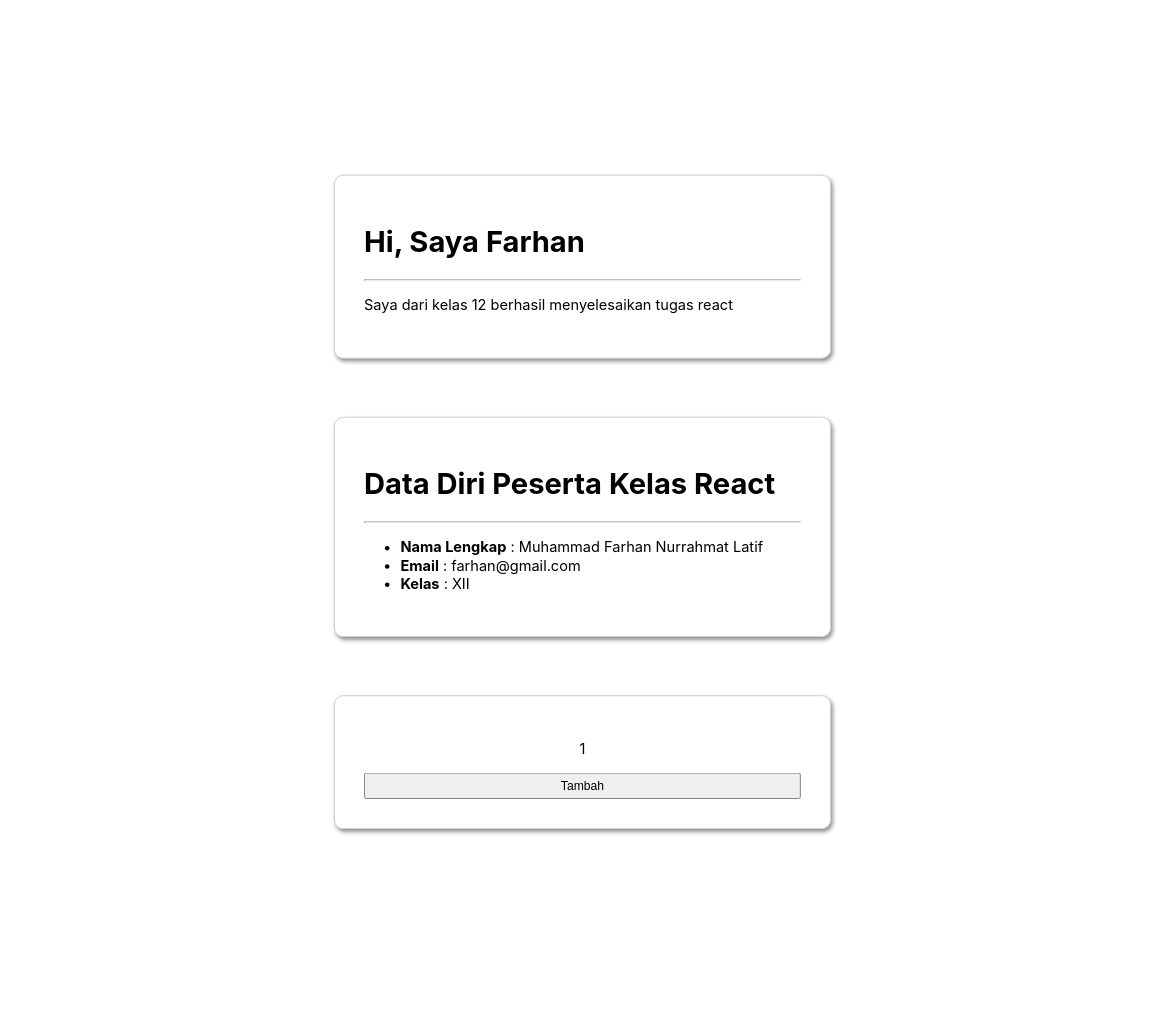
Repository: mfarhannr/Tugas-Reactjs_Farhan
Page: /
These files come from the project's save history. The page is drawn as it stood at one moment and after a run of saves; the edit follows.
The browser window is 1280 px wide. The pictures show the whole page, at 91% of full size.
The project was rebuilt for these pictures with package versions that can differ from the ones it lists, and the page was loaded fresh each time.

Above is the page before, as saved 2024-05-06 15:11:19.

### src/App.js
import './App.css';
import Tugas6 from "./tugas6/tugas6";
// import Welcome from "./WelcomeComponent";
import Tugas7 from './tugas7/tugas7';
import Tugas8 from "./tugas8/tugas8";

function App() {
  return (
    <div className="App">
        <Tugas6 />
        <Tugas7
          name="Muhammad Farhan Nurrahmat Latif"
          email="farhan@gmail.com"
          kelas="XII"
      />
      <Tugas8 />
    </div>
  );
}

export default App;

### src/App.css
.App {
  padding: 10rem;
}

.Card6 {
  border: 1px solid #ccc;
  border-radius: 10px;
  padding: 2em;
  margin: 2em auto;
  width: 50%;
  box-shadow: 2px 3px 5px #888888;
}

span {
  font-size:bold;
}

.tambah {
  width:100%;
  padding: 5px 0px;
}

.Card7 {
  border: 1px solid #ccc;
  border-radius: 10px;
  padding: 2em;
  margin: 4em auto;
  width: 50%;
  box-shadow: 2px 3px 5px #888888;
}

.Card8 {
  text-align: center;
  border: 1px solid #ccc;
  border-radius: 10px;
  padding: 2em;
  margin: 4em auto;
  width: 50%;
  box-shadow: 2px 3px 5px #888888;
}

.App-logo {
  height: 40vmin;
  pointer-events: none;
}

@media (prefers-reduced-motion: no-preference) {
  .App-logo {
    animation: App-logo-spin infinite 20s linear;
  }
}

.App-header {
  background-color: #282c34;
  min-height: 100vh;
  display: flex;
  flex-direction: column;
  align-items: center;
  justify-content: center;
  font-size: calc(10px + 2vmin);
  color: white;
}

.App-link {
  color: #61dafb;
}

@keyframes App-logo-spin {
  from {
    transform: rotate(0deg);
  }
  to {
    transform: rotate(360deg);
  }
}

### src/tugas6/tugas6.js
import React from "react";

function Tugas6() {
    return (
      <div className="Card6">
        <h1>Hi, Saya Farhan</h1>
        <hr></hr>
        <p>Saya dari kelas 12 berhasil menyelesaikan tugas react</p>
      </div>
    );
}

export default Tugas6;

### src/tugas7/tugas7.js
import React from "react";

function Tugas7(props) {
  return (
    <div className="Card7">
      <h1>Data Diri Peserta Kelas React</h1>
      <hr></hr>
      <ul>
        <li>
          <b>Nama Lengkap</b> : {props.name}
        </li>
        <li>
          <b>Email</b> : {props.email}
        </li>
        <li>
          <b>Kelas</b> : {props.kelas}
        </li>
      </ul>
    </div>
  );
}

export default Tugas7;

### src/tugas8/tugas8.js
import React, { Component } from 'react';
class Tugas8 extends Component {
  constructor(props) {
    super(props);
    this.state = {
      count:1
    };
  }

  handleIncrement = () => {
    this.setState({ count: this.state.count + 1 });
  };

  render() {
    const { count } = this.state;
    return (
      <div className="Card8">
        <p>{count}</p>
        {count > 10 ? (
          <p>sudah lebih dari 10</p>
        ) : (
          <button className="tambah"  onClick={this.handleIncrement}>Tambah</button>
        )}
      </div>
    );
  }
}

export default Tugas8;

Loaded but not shown: public/index.html (common file); src/index.js (common file); src/index.css (common file); src/reportWebVitals.js (common file)

After the next 2 saves:
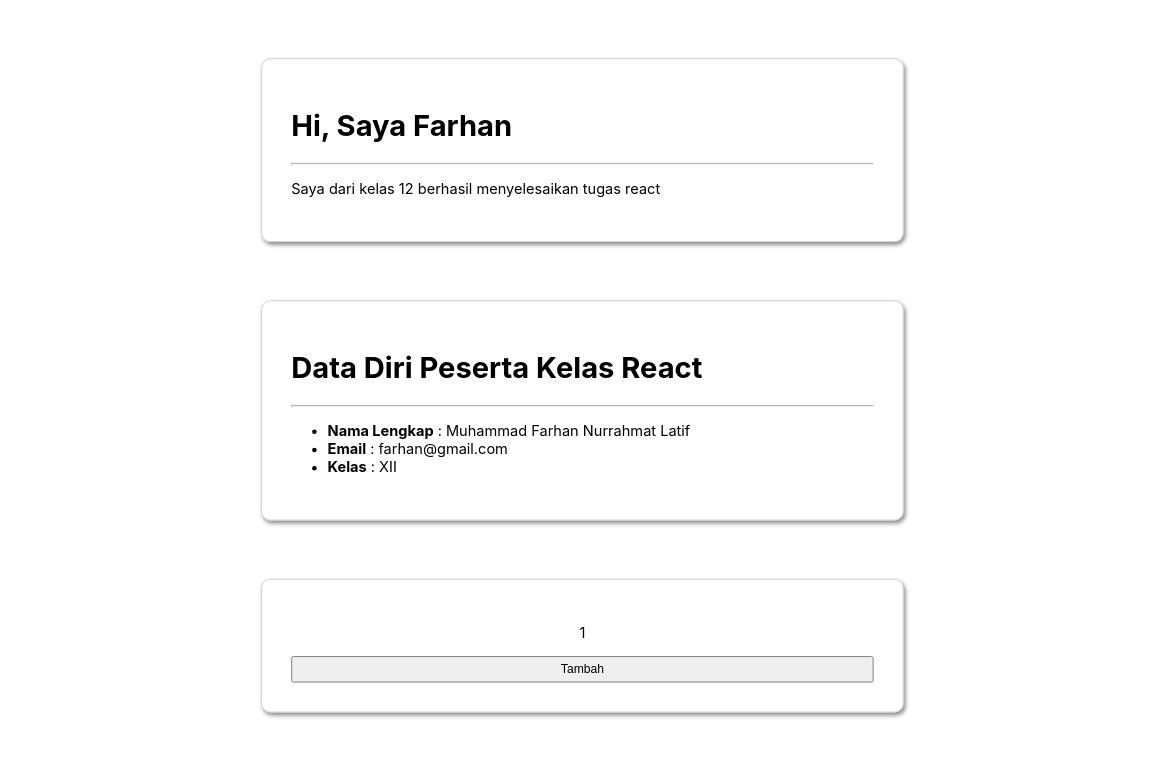
The 2 saves are shown as one change because they came seconds apart.
The last was saved 10 s later.
--- a/src/App.css
+++ b/src/App.css
@@ -1,12 +1,12 @@
 .App {
-  padding: 10rem;
+  /* padding: 10rem; */
 }
 
 .Card6 {
   border: 1px solid #ccc;
   border-radius: 10px;
   padding: 2em;
-  margin: 2em auto;
+  margin: 4em auto;
   width: 50%;
   box-shadow: 2px 3px 5px #888888;
 }
